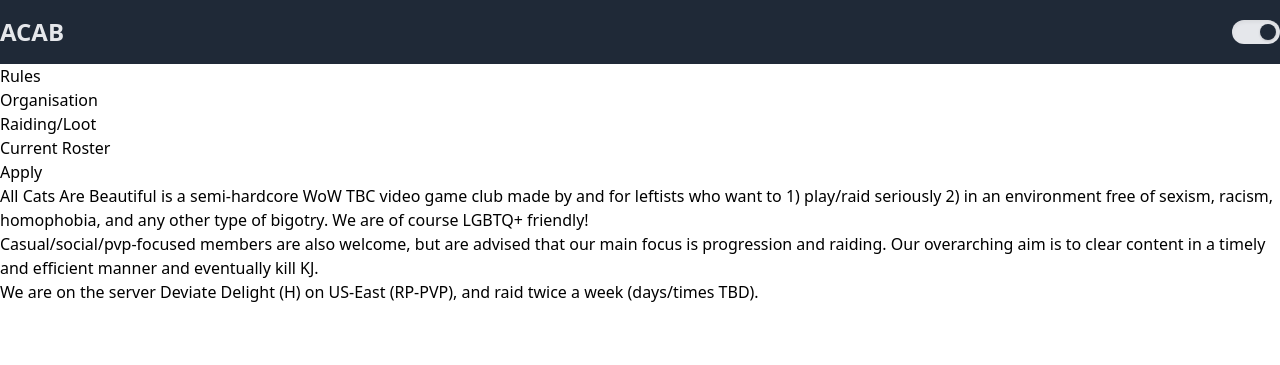
Repository: eaang/catguild_frontend
Page: /
These files come from the project's save history. The page is drawn as it stood at one moment and after the next save; the edit follows.
The browser window is 1280 px wide. The pictures show the whole page.
The project was rebuilt for these pictures with package versions that can differ from the ones it lists, and the page was loaded fresh each time. The framework's server and built-in components were replaced by stand-ins that run in the browser. Also part of the build but not shown: nuxt.config.js, components/ContentBox.vue, components/ContentEditor.vue, components/ImageBox.vue, components/SidebarMain.vue, components/SidebarSub.vue, components/TheFoooter.vue, components/icons/ChevronDown.vue and 19 more. Imported but missing from the stored project, and not drawn on this page: apollo/queries/categories/category.

Above is the page before, as saved 2021-04-02 18:46:10.

### components/TheHeader.vue
<template>
  <div
    class="w-full h-16 flex items-center bg-gray-200 dark:bg-gray-800 transition duration-200"
  >
    <div class="container flex justify-between items-center">
      <div class="left-side">
        <nuxt-link to="/"
          ><div class="text-2xl font-bold text-gray-800 dark:text-gray-200">
            ACAB
          </div></nuxt-link
        >
      </div>
      <div class="right-side">
        <div @click="changeTheme">
          <ToggleButton :is-active="thisTheme" />
        </div>
      </div>
    </div>
  </div>
</template>

<script>
export default {
  data() {
    return {
      thisTheme: false,
    }
  },
  methods: {
    changeTheme() {
      this.thisTheme = !this.thisTheme
      this.$nuxt.$emit('change-theme')
    },
  },
}
</script>

### components/TheSidebar.vue
<template>
  <div class="w-64">
    <div>Rules</div>
    <div>Organisation</div>
    <div>Raiding/Loot</div>
    <div>Current Roster</div>
    <div>Apply</div>
  </div>
</template>

<script>
export default {}
</script>

### components/ToggleButton.vue
<template>
  <div
    class="w-12 h-6 px-1 rounded-full grid justify-items-auto items-center shadow-inner transition duration-200"
    :class="{ 'bg-gray-800': currentStatus, 'bg-gray-200': !currentStatus }"
  >
    <transition name="left">
      <div
        v-if="currentStatus"
        class="bg-gray-200 w-4 h-4 rounded-full shadow justify-self-start shadow-"
      ></div>
    </transition>
    <transition name="right">
      <div
        v-if="!currentStatus"
        class="bg-gray-800 w-4 h-4 rounded-full shadow justify-self-end"
      ></div>
    </transition>
  </div>
</template>

<script>
export default {
  props: {
    isActive: {
      type: Boolean,
      default: false,
    },
  },
  computed: {
    currentStatus() {
      return this.isActive
    },
  },
}
</script>

<style scoped>
.left-enter-active,
.left-leave-enter {
  transform: translateX(0);
  transition: all 0.2s linear;
}
.left-enter,
.left-leave-to {
  transform: translateX(100%);
}
.right-enter-active,
.right-leave-enter {
  transform: translateX(0);
  transition: all 0.2s linear;
}
.right-enter,
.right-leave-to {
  transform: translateX(-100%);
}
</style>

### layouts/default.vue
<template>
  <div class="relative pt-16" :class="{ dark: darkTheme }">
    <TheHeader class="absolute inset-x-0 top-0" />
    <div class="container">
      <div class="">
        <TheSidebar class="" />
        <Nuxt />
      </div>
      <TheFooter />
    </div>
  </div>
</template>

<script>
export default {
  data() {
    return {
      darkTheme: true,
    }
  },
  created() {
    this.$nuxt.$on('change-theme', () => {
      this.darkTheme = !this.darkTheme
    })
  },
}
</script>

### pages/index.vue
<template>
  <div>
    All Cats Are Beautiful is a semi-hardcore WoW TBC video game club made by
    and for leftists who want to 1) play/raid seriously 2) in an environment
    free of sexism, racism, homophobia, and any other type of bigotry. We are of
    course LGBTQ+ friendly!
    <br />
    Casual/social/pvp-focused members are also welcome, but are advised that our
    main focus is progression and raiding. Our overarching aim is to clear
    content in a timely and efficient manner and eventually kill KJ.
    <br />
    We are on the server Deviate Delight (H) on US-East (RP-PVP), and raid twice
    a week (days/times TBD).
  </div>
</template>

<script>
export default {}
</script>

### tailwind.config.js
module.exports = {
  purge: [
    './components/**/*.{vue,js}',
    './layouts/**/*.vue',
    './pages/**/*.vue',
    './plugins/**/*.{js,ts}',
    './nuxt.config.{js,ts}',
  ],
  darkMode: 'class', // or 'media' or 'class'
  theme: {
    container: {
      center: true,
    },
    extend: {},
  },
  variants: {
    extend: {},
  },
  plugins: [],
}

Loaded but not shown: assets/css/tailwind.css (common file); components/TheFooter.vue (common file)

After the next save:
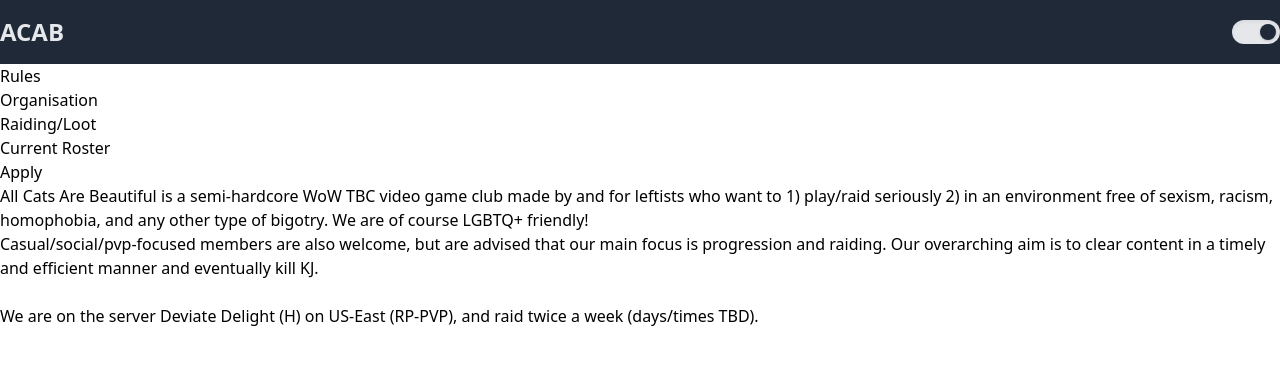
Saved 13 s later.
--- a/pages/index.vue
+++ b/pages/index.vue
@@ -1,13 +1,16 @@
 <template>
   <div>
-    All Cats Are Beautiful is a semi-hardcore WoW TBC video game club made by
-    and for leftists who want to 1) play/raid seriously 2) in an environment
-    free of sexism, racism, homophobia, and any other type of bigotry. We are of
-    course LGBTQ+ friendly!
-    <br />
-    Casual/social/pvp-focused members are also welcome, but are advised that our
-    main focus is progression and raiding. Our overarching aim is to clear
-    content in a timely and efficient manner and eventually kill KJ.
+    <p>
+      All Cats Are Beautiful is a semi-hardcore WoW TBC video game club made by
+      and for leftists who want to 1) play/raid seriously 2) in an environment
+      free of sexism, racism, homophobia, and any other type of bigotry. We are
+      of course LGBTQ+ friendly!
+    </p>
+    <p>
+      Casual/social/pvp-focused members are also welcome, but are advised that
+      our main focus is progression and raiding. Our overarching aim is to clear
+      content in a timely and efficient manner and eventually kill KJ.
+    </p>
     <br />
     We are on the server Deviate Delight (H) on US-East (RP-PVP), and raid twice
     a week (days/times TBD).

After the save that followed:
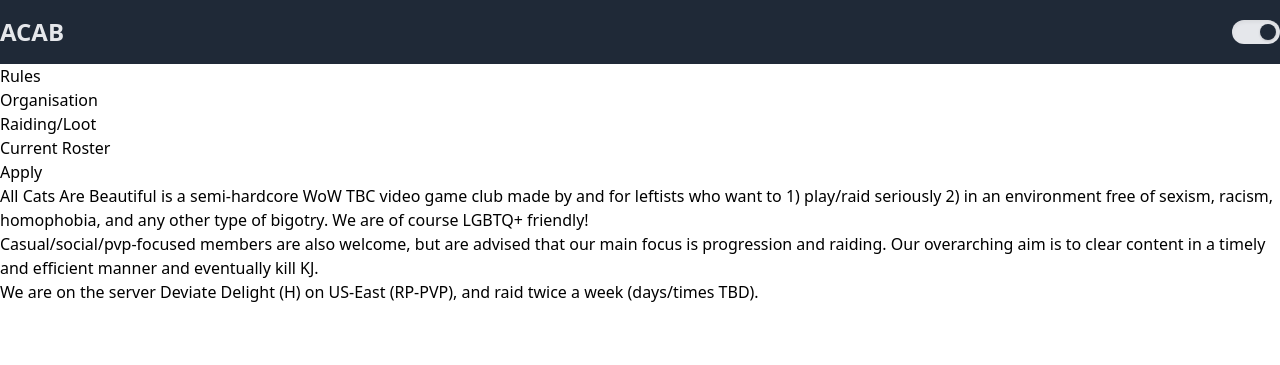
Saved 4 s later.
--- a/pages/index.vue
+++ b/pages/index.vue
@@ -11,9 +11,10 @@
       our main focus is progression and raiding. Our overarching aim is to clear
       content in a timely and efficient manner and eventually kill KJ.
     </p>
-    <br />
-    We are on the server Deviate Delight (H) on US-East (RP-PVP), and raid twice
-    a week (days/times TBD).
+    <p>
+      We are on the server Deviate Delight (H) on US-East (RP-PVP), and raid
+      twice a week (days/times TBD).
+    </p>
   </div>
 </template>
 
